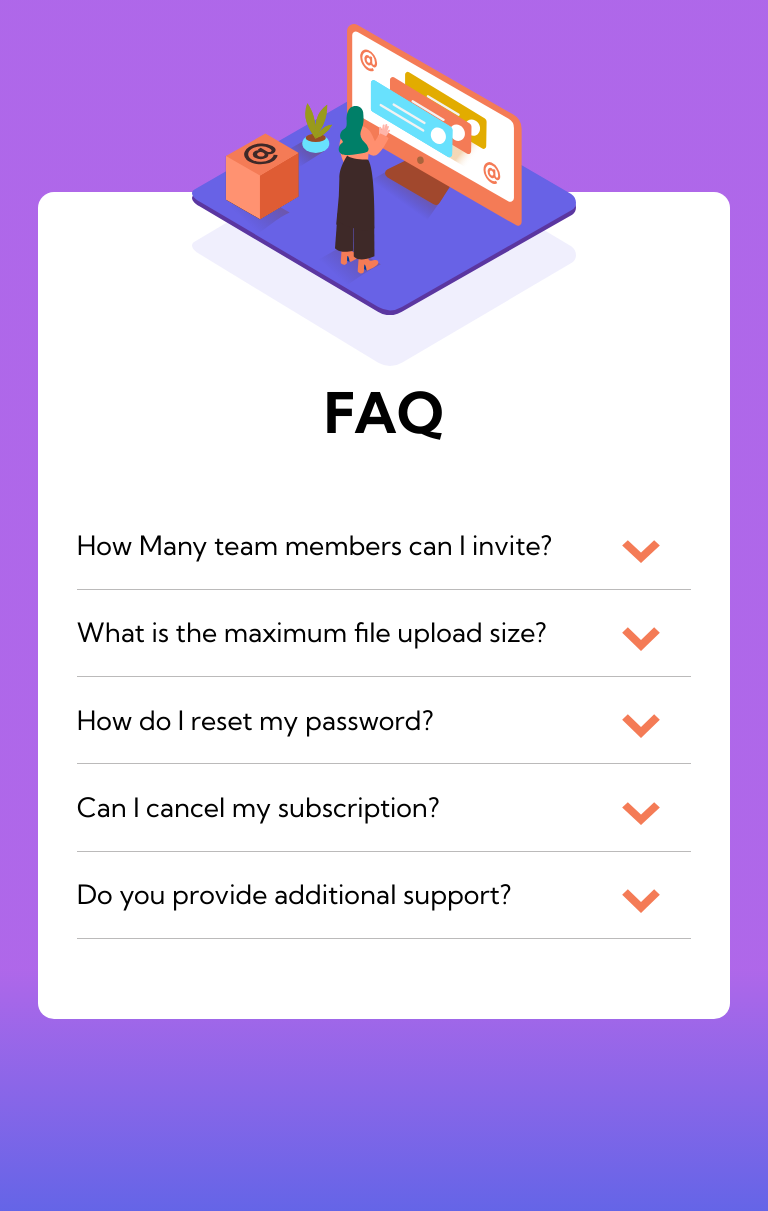
Repository: ryanwilll/ProjetoFAQ
Page: index.html
The author's editor kept a copy of each file at every save. The page is drawn from the files as they stood at one save, then again after the next save.
The browser window is 768 px wide. The pictures show the whole page.

Above is the page before, as saved 2022-10-26 19:54:07.

After the next save:
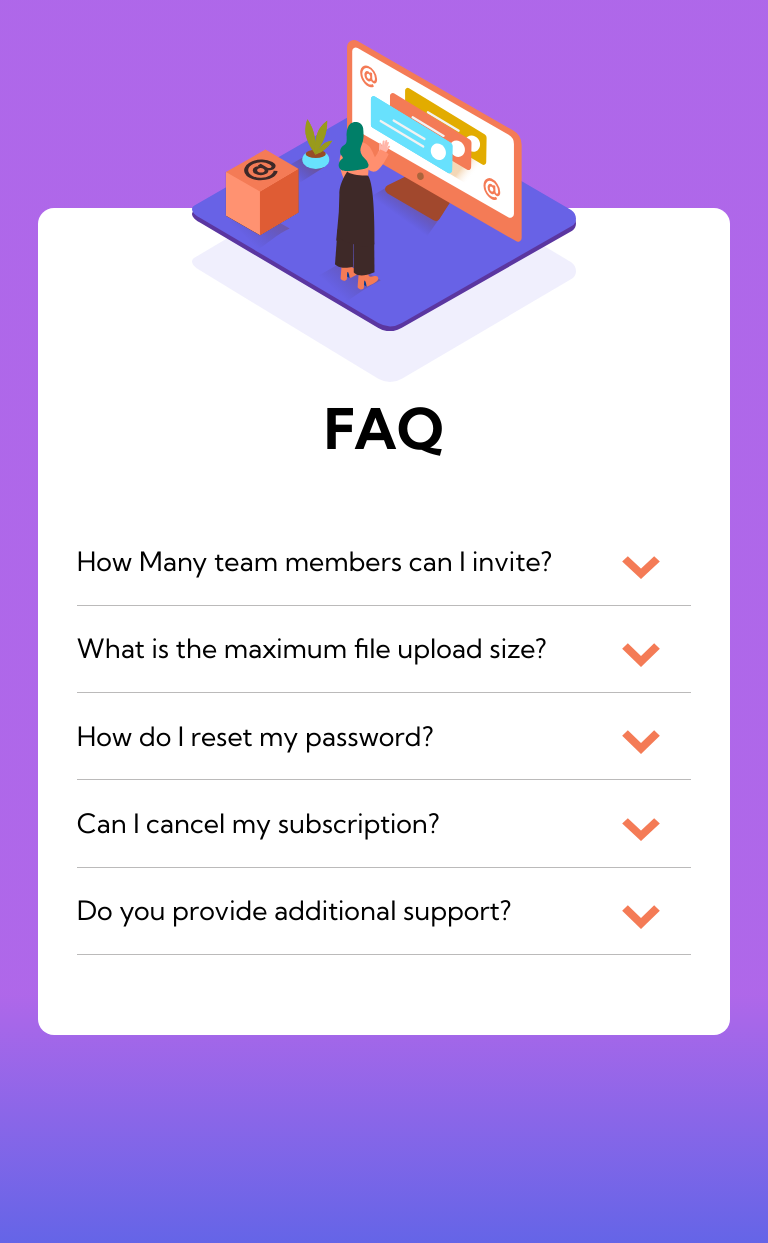
Saved 7 s later.
--- a/css/allmedia.css
+++ b/css/allmedia.css
@@ -9,7 +9,7 @@
   }
   .card-white {
     max-height: 100%;
-    margin: 12em auto;
+    margin: 13em auto;
     border-radius: 1em;
     padding-bottom: 5em;
   }
